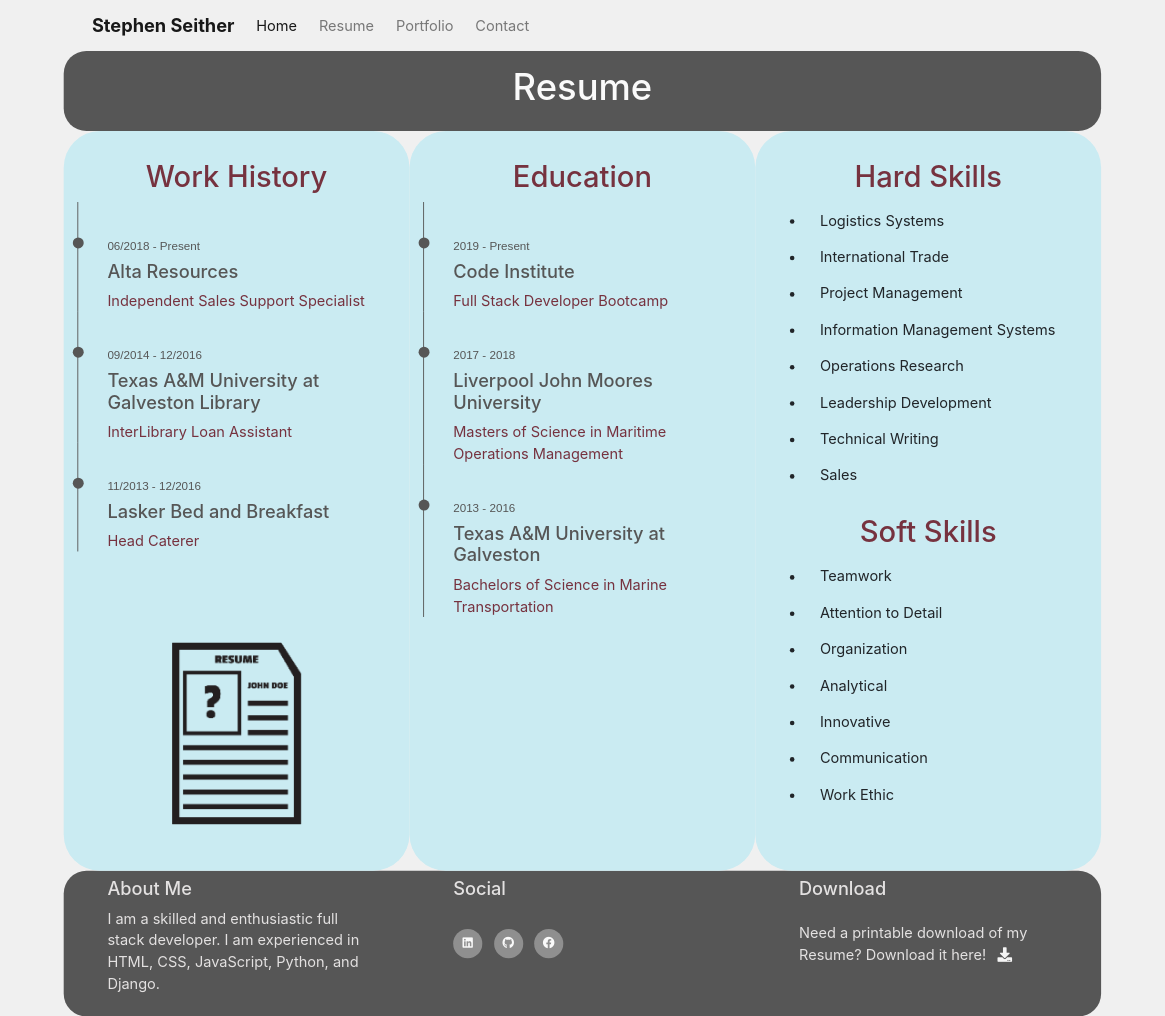
Repository: stephenseither/First-Milestone-Project
Page: experience.html
The author's editor kept a record of every edit. The page is drawn from the files as they stood at one moment, then again after the next edit.
The browser window is 1280 px wide. The pictures show the whole page, at 91% of full size.
Some web libraries are served in a nearby version.

Above is the page before.

### experience.html
<!DOCTYPE html>
<html lang="en">

<head>
    <meta charset="UTF-8">
    <meta name="viewport" content="width=device-width, initial-scale=1.0">
    <meta http-equiv="X-UA-Compatible" content="ie=edge">
    <link rel="stylesheet" href="https://stackpath.bootstrapcdn.com/bootstrap/4.3.1/css/bootstrap.min.css" integrity="sha384-ggOyR0iXCbMQv3Xipma34MD+dH/1fQ784/j6cY/iJTQUOhcWr7x9JvoRxT2MZw1T" crossorigin="anonymous">
    <link rel="stylesheet" href="https://use.fontawesome.com/releases/v5.10.2/css/all.css" integrity="sha384-rtJEYb85SiYWgfpCr0jn174XgJTn4rptSOQsMroFBPQSGLdOC5IbubP6lJ35qoM9" crossorigin="anonymous">
    <link rel="stylesheet" href="assets/css/style.css" type="text/css" />
    <title>Document</title>
</head>

<body>
    <div class="container">
        <div class="row">
            <div class="col">
                <nav class="navbar navbar-light bg-navbar navbar-expand-sm">
                    <a href="index.html" class="navbar-brand font-weight-bold">Stephen Seither</a>

                    <button class="navbar-toggler ml-auto" type="button" data-toggle="collapse" data-target="#navbarNavDropdown" aria-controls="navbarNavDropdown" aria-expanded="false" aria-label="Toggle navigation">
            <span class="navbar-toggler-icon"></span></button>

                    <div class="collapse navbar-collapse" id="navbarNavDropdown">
                        <ul class="navbar-nav mr-auto">
                            <li class="active nav-item mr-2"><a class="nav-link" href="index.html">Home</a></li>
                            <li class="nav-item mr-2"><a class="nav-link" href="experience.html">Resume</a></li>
                            <li class="nav-item mr-2"><a class="nav-link" href="portfolio.html">Portfolio</a></li>
                            <li class="nav-item mr-2"><a class="nav-link" href="contact.html">Contact</a></li>
                        </ul>
                    </div>
                </nav>
            </div>
        </div>
    </div>

    <div class="container">
        <div class="row">
            <div class="col resume heading bg-header py-3">
                <h1 class="uppercase">
                    Resume
                </h1>
            </div>
        </div>
    </div>

    <div class="container">
        <div class="row">
            <div class="col-md-4 bg-work-timeline pb-5 work-timeline">
                <div class="work-history pt-4">
                    <h2>Work History</h2>
                </div>
                <div class="history-items">
                    <div class="timeline-item" data-dates="06/2018 - Present">
                        <h5> Alta Resources</h5>
                            <p>Independent Sales Support Specialist</p>
                    </div>
                    <div class="timeline-item" data-dates="09/2014 - 12/2016">
                        <h5> Texas A&M University at Galveston Library </h5>
                            <p>InterLibrary Loan Assistant</p>
                    </div>
                    <div class="timeline-item" data-dates="11/2013 - 12/2016">
                        <h5> Lasker Bed and Breakfast</h5>
                            <p>Head Caterer</p>
                    </div>
                </div>
                <div class="resume-link">
                    <a href="assets/resume/resume.pdf" target="_blank">
                        <img src="assets/images/resume.png" class="rounded mx-auto d-block" alt="Resume">
                    </a>
                </div>
            </div>
            <div class="col-md-4 bg-school-timeline school-timeline pb-5">
                <div class="school pt-4">
                    <h2>Education</h2>
                </div>
                <div class="school-item" data-dates="2019 - Present">
                    <h5>Code Institute</h5>
                        <p>Full Stack Developer Bootcamp</p>
                </div>
                <div class="school-item" data-dates="2017 - 2018">
                    <h5>Liverpool John Moores University</h5>
                        <p>Masters of Science in Maritime Operations Management</p>
                </div>
                <div class="school-item" data-dates="2013 - 2016">
                    <h5>Texas A&M University at Galveston</h5>
                        <p>Bachelors of Science in Marine Transportation</p>
                </div>
            </div>



            <div class="col-md-4 bg-skills skills-list pb-5">
                <div class="skills pt-4">
                    <h2>Hard Skills</h2>
                </div>
                <ul>
                    <li class="px-3 py-2">Logistics Systems</li>
                    <li class="px-3 py-2">International Trade</li>
                    <li class="px-3 py-2">Project Management</li>
                    <li class="px-3 py-2">Information Management Systems</li>
                    <li class="px-3 py-2">Operations Research</li>
                    <li class="px-3 py-2">Leadership Development</li>
                    <li class="px-3 py-2">Technical Writing</li>
                    <li class="px-3 py-2">Sales</li>
                </ul>

                <div class="skills">
                    <h2>Soft Skills</h2>
                </div>
                <ul>
                    <li class="px-3 py-2">Teamwork</li>
                    <li class="px-3 py-2">Attention to Detail</li>
                    <li class="px-3 py-2">Organization</li>
                    <li class="px-3 py-2">Analytical</li>
                    <li class="px-3 py-2">Innovative</li>
                    <li class="px-3 py-2">Communication</li>
                    <li class="px-3 py-2">Work Ethic</li>
                </ul>
            </div>
        </div>
    </div>



    <footer>
        <div class="container footer bg-footer">
            <div class="row">
                <div class="col-md-4 px-5 py-2">
                    <h5>About Me</h5>
                    <p>I am a skilled and enthusiastic full stack developer. I am experienced in HTML, CSS, JavaScript, Python, and Django.</p>
                </div>
                <div class="col-md-4 px-5 py-2">
                    <h5 class="uppercase general-sub">Social</h5>
                    <ul class="list-inline social-links-footer py-4">
                        <li class="list-inline-item">
                            <a href="https://www.linkedin.com/in/stephen-seither-254ba7b7" target="_blank">
                                <i class="fab fa-linkedin" aria-hidden="true"></i>
                                <span class="sr-only">LinkedIn</span>
                                </a>
                        </li>
                        <li class="list-inline-item">
                            <a href="https://github.com/stephenseither" target="_blank">
                                    <i class="fab fa-github" aria-hidden="true"></i>
                                    <span class="sr-only">GitHub</span>
                                </a>
                        </li>
                        <li class="list-inline-item">
                            <a href="https://www.facebook.com/stephen.seither" target="_blank">
                                    <i class="fab fa-facebook" aria-hidden="true"></i>
                                    <span class="sr-only">Facebook</span>
                                </a>
                        </li>
                    </ul>
                </div>
                <div class="col-md-4 px-5 py-2">
                    <h5>Download</h5>
                    <p class="py-3">Need a printable download of my Resume? Download it here!
                        <a href="assets/resume/resume.pdf" target="_blank" class="resume-pdf"><i class="fa fa-download" aria-hidden="true"></i>
                        <span class="sr-only">Download link.</span>
                        </a>
                    </p>
                </div>
            </div>
        </div>
    </footer>
    <script src="https://code.jquery.com/jquery-3.3.1.slim.min.js" integrity="sha384-q8i/X+965DzO0rT7abK41JStQIAqVgRVzpbzo5smXKp4YfRvH+8abtTE1Pi6jizo" crossorigin="anonymous"></script>
    <script src="https://cdnjs.cloudflare.com/ajax/libs/popper.js/1.14.3/umd/popper.min.js" integrity="sha384-ZMP7rVo3mIykV+2+9J3UJ46jBk0WLaUAdn689aCwoqbBJiSnjAK/l8WvCWPIPm49" crossorigin="anonymous"></script>
    <script src="https://stackpath.bootstrapcdn.com/bootstrap/4.1.3/js/bootstrap.min.js" integrity="sha384-ChfqqxuZUCnJSK3+MXmPNIyE6ZbWh2IMqE241rYiqJxyMiZ6OW/JmZQ5stwEULTy" crossorigin="anonymous"></script>
</body>

</html>

### assets/css/style.css
/*---------------------------BG Colors---------------------- */

body {
    background-color: #f0f0f0;
}

.bg-navbar {
    background-color: #f0f0f0;
}

.bg-header {
    background-color: #565656;
}

.about-me {
    background-color: #caebf2;
}

.photo {
    background-color: #caebf2;
}

.contact-info {
    background-color: #7395ae;
    color: #fafafa;
    font-weight: normal;
}

.bg-work-timeline {
    background-color: #caebf2;
}

.bg-school-timeline {
    background-color: #caebf2;
}

.bg-skills {
    background-color: #caebf2;
}

.bg-footer {
    background-color: #565656;
}

.bg-button {
    background-color: #caebf2;
}

.bg-portfolio {
    background-color: #caebf2;
}

.bg-contact {
    background-color: #caebf2;
}

/*---------------------------Header---------------------- */

.heading {
    text-align: center;
    border-radius: 25px;
}

.name {
    margin-top: 60px;
    color: #fff;
}

.title {
    color: #e3e1e1;
    margin-bottom: 20px;
}

.social-links {
    margin-left: 40px;
}

.social-links li a i {
    width: 32px;
    height: 32px;
    padding: 12px 2px;
    border-radius: 50%;
    font-size: 13px;
    line-height: 7px;
    text-align: center;
    color: #fafafa;
    background: #8f8f8f;
    transition: all 0.35s ease-in-out, ;
    -moz-transition: all 0.35s ease-in-out;
    -webkit-transition: all 0.35s ease-in-out;
    -o-transition: all 0.35s ease-in-out;
}

.social-links li a i:hover {
    background-color: #b8784b;
    transform: scale(1.5);
    -webkit-transform: scale(1.5);
    -moz-transform: scale(1.5);
    -o-transform: scale(1.5);
}


/*---------------------------About Me---------------------- */

.about-me {
    border-width: 2px 4px;
    border-radius: 40px;
    color: #f5f5f5;
    text-align: left;
}

.about-me p {
    color: #565656;
    font-weight: 500;
}

.photo {
    border-width: 2px 4px;
    border-radius: 40px;
}

h2 {
    color: #76323f;
    padding-top: 8px;
}

/*--------------------------Contact Me Page---------------------- */

.contact-page {
    border-width: 2px 4px;
    border-radius: 40px;
    color: #76323f;
    font-weight: bold;
}

.title-2 {
    color: #76323f;
}

.personal-info-item-2 {
    display: inline-block;
    margin-left: 80px;
    margin-right: 20px;
}

.personal-info-item .title-2,
.personal-info-item .value-2 {
    display: inline-block;
    padding-right: 15px;
}

.center-form {
    padding-top: 10px;
    margin: 0 auto;
}

@media(min-width: 992px) {
    .center-form {
        padding-top: 30px;
        min-height: 240px;
        margin: 0 auto;
        max-width: 70%;
    }
}

button[type="submit"] {
    margin-top: 15px;
    margin-bottom: 20px;
    color: #fafafa;
    background-color: #76323f;
    text-align: center;
}


/*---------------------------Contact Info---------------------- */

.personal-info-item {
    margin-bottom: 10px;
    display: block;
    clear: both;
    font-size: 20px;
}

.personal-info-item .title,
.personal-info-item .value {
    display: inline-block;
    padding-right: 15px;
}

button[type="button"] {
    margin-top: 15px;
    margin-bottom: 20px;
    color: #fafafa;
    background-color: #76323f;
}

.contact-me-btn {
    margin-left: 110px;
}

/*--------------------------Resume---------------------- */

.resume {
    text-align: center;
    color: #fafafa;
    padding: 8px;
}

.resume-link {
    margin-top: 100px;
    transition: all 0.35s ease-in-out, ;
    -moz-transition: all 0.35s ease-in-out;
    -webkit-transition: all 0.35s ease-in-out;
    -o-transition: all 0.35s ease-in-out;
}

.resume-link:hover {
    transform: scale(1.5);
    -webkit-transform: scale(1.2);
    -moz-transform: scale(1.2);
    -o-transform: scale(1.2);
}


.work-history {
    color: #565656;
    text-align: center;
}

.work-timeline {
    border-width: 2px 4px;
    border-radius: 40px;
}

.timeline-item {
    padding: 4em 2em 0em 2em;
    position: relative;
    color: #565656;
    border-left: 1px solid;
}

.timeline-item p {
    padding: 0;
    margin: 0;
    color: #76323f;
}

.timeline-item:before {
    content: attr(data-dates);
    position: absolute;
    left: 2.5em;
    top: 3em;
    display: block;
    font-family: "Exo", sans-serif;
    font-weight: 500;
    font-size: 0.8em;
    padding: 0;
    margin: 0;
}

.timeline-item:after {
    width: 12px;
    height: 12px;
    display: block;
    top: 2.4em;
    position: absolute;
    left: -6px;
    border-radius: 12px;
    content: '';
    background-color: #565656;
}


.school {
    color: #565656;
    text-align: center;
}

.school-item {
    padding: 4em 2em 0em 2em;
    position: relative;
    color: #565656;
    border-left: 1px solid;
}


.school-timeline {
    border-width: 2px 4px;
    border-radius: 40px;
}

.school-item p {
    padding: 0;
    margin: 0;
    color: #76323f;
}

.school-item:before {
    content: attr(data-dates);
    position: absolute;
    left: 2.5em;
    top: 3em;
    display: block;
    font-family: "Exo", sans-serif;
    font-weight: 500;
    font-size: 0.8em;
    padding: 0;
    margin: 0;
}

.school-item:after {
    width: 12px;
    height: 12px;
    display: block;
    top: 2.4em;
    position: absolute;
    left: -6px;
    border-radius: 12px;
    content: '';
    background-color: #565656;
}

.skills {
    color: #565656;
    text-align: center;
}

.skills-list {
    border-width: 2px 4px;
    border-radius: 40px;
}


/*---------------------------Footer---------------------------*/

.footer {
    border-radius: 25px;
    color: #e3e1e1
}


.social-links-footer li a i {
    width: 32px;
    height: 32px;
    padding: 12px 2px;
    border-radius: 50%;
    font-size: 13px;
    line-height: 7px;
    text-align: center;
    color: #fafafa;
    background: #8f8f8f;
    transition: all 0.35s ease-in-out, ;
    -moz-transition: all 0.35s ease-in-out;
    -webkit-transition: all 0.35s ease-in-out;
    -o-transition: all 0.35s ease-in-out;
}

.social-links-footer li a i:hover {
    background-color: #b8784b;
    transform: scale(1.5);
    -webkit-transform: scale(1.5);
    -moz-transform: scale(1.5);
    -o-transform: scale(1.5);
}

.resume-pdf i {
    color: #f5f5f5;
    padding-left: 8px;
    transition: all 0.35s ease-in-out, ;
    -moz-transition: all 0.35s ease-in-out;
    -webkit-transition: all 0.35s ease-in-out;
    -o-transition: all 0.35s ease-in-out;
}

.resume-pdf i:hover {
    color: #b8784b;
    transform: scale(1.5);
    -webkit-transform: scale(1.5);
    -moz-transform: scale(1.5);
    -o-transform: scale(1.5);
}

/*---------------------------Portfolio---------------------------*/

.portfolio {
    border-width: 2px 4px;
    border-radius: 40px;
}

.portfolio-item {
    transition: all 0.35s ease-in-out, ;
    -moz-transition: all 0.35s ease-in-out;
    -webkit-transition: all 0.35s ease-in-out;
    -o-transition: all 0.35s ease-in-out;
}

.portfolio-item:hover {
    transform: scale(1.2);
    -webkit-transform: scale(1.2);
    -moz-transform: scale(1.2);
    -o-transform: scale(1.2);
}

.img-wrap {
  position: relative;
  height: 285px;
  width: 300px;
}

.img-description {
  position: absolute;
  top: 0;
  bottom: 0;
  left: 0;
  right: 0;
  background: rgba(29, 106, 154, 0.5);
  color: #fff;
  visibility: hidden;
  opacity: 0;
  text-align: center;

  /* transition effect. not necessary */
  transition: opacity .2s, visibility .2s;
}

.img-wrap:hover .img-description {
  visibility: visible;
  opacity: 1;
}
.hvr-sweep-to-bottom:before {
    background: rgba(0, 0, 0, 0.4);
    height: 360px;
    z-index: 1;
}

.progress {
    position: relative;
    height: 25px;
    margin-bottom: 4px;
}

.progress-type {
    position: absolute;
    left: 0px;
    font-weight: 400;
    padding: 3px 30px 2px 10px;
    color: #fafafa;
    background-color: rgba(25, 25, 25, 0.2);
}

After the next edit:
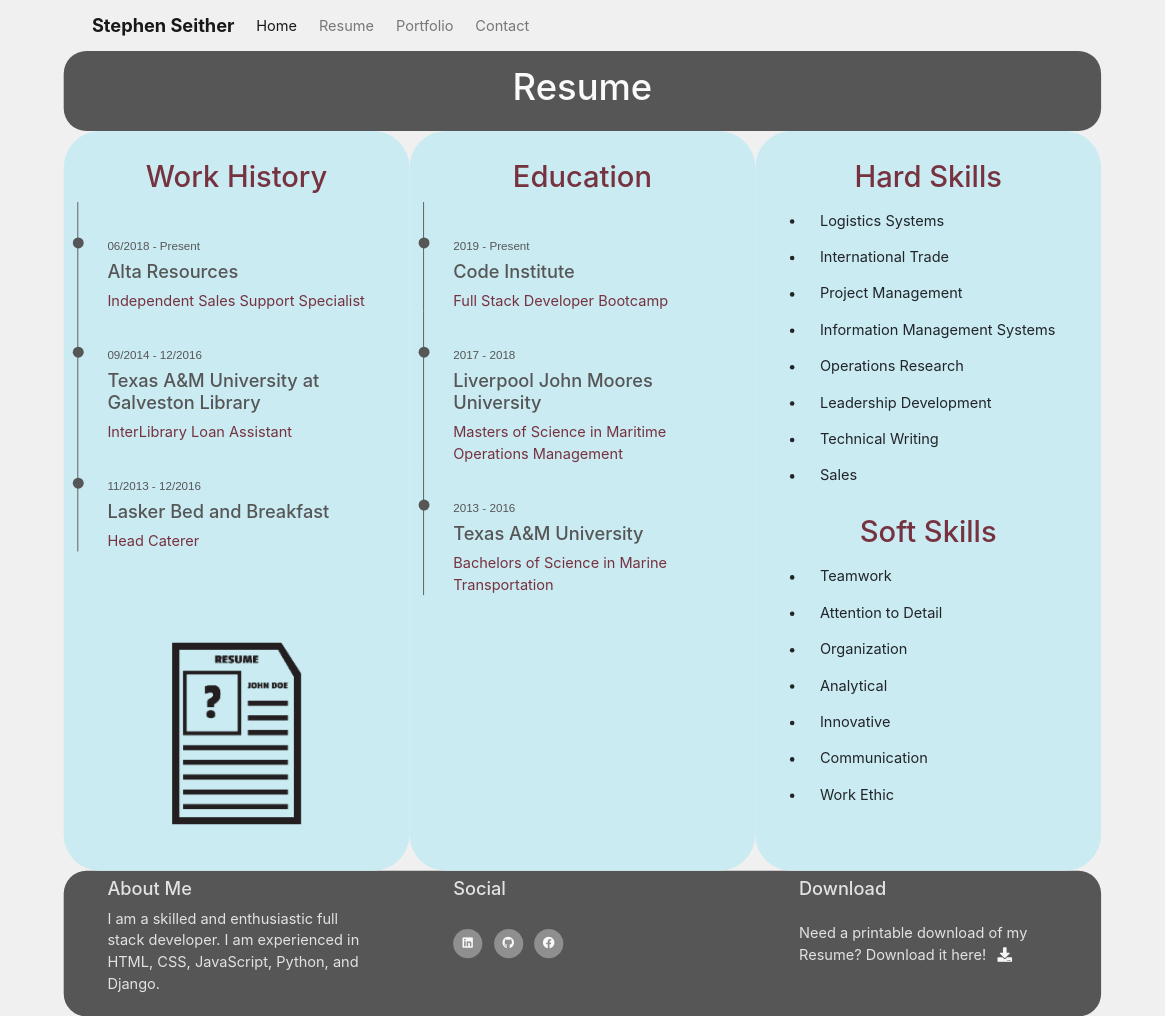
The edit:
--- a/experience.html
+++ b/experience.html
@@ -83,7 +83,7 @@
                         <p>Masters of Science in Maritime Operations Management</p>
                 </div>
                 <div class="school-item" data-dates="2013 - 2016">
-                    <h5>Texas A&M University at Galveston</h5>
+                    <h5>Texas A&M University</h5>
                         <p>Bachelors of Science in Marine Transportation</p>
                 </div>
             </div>
